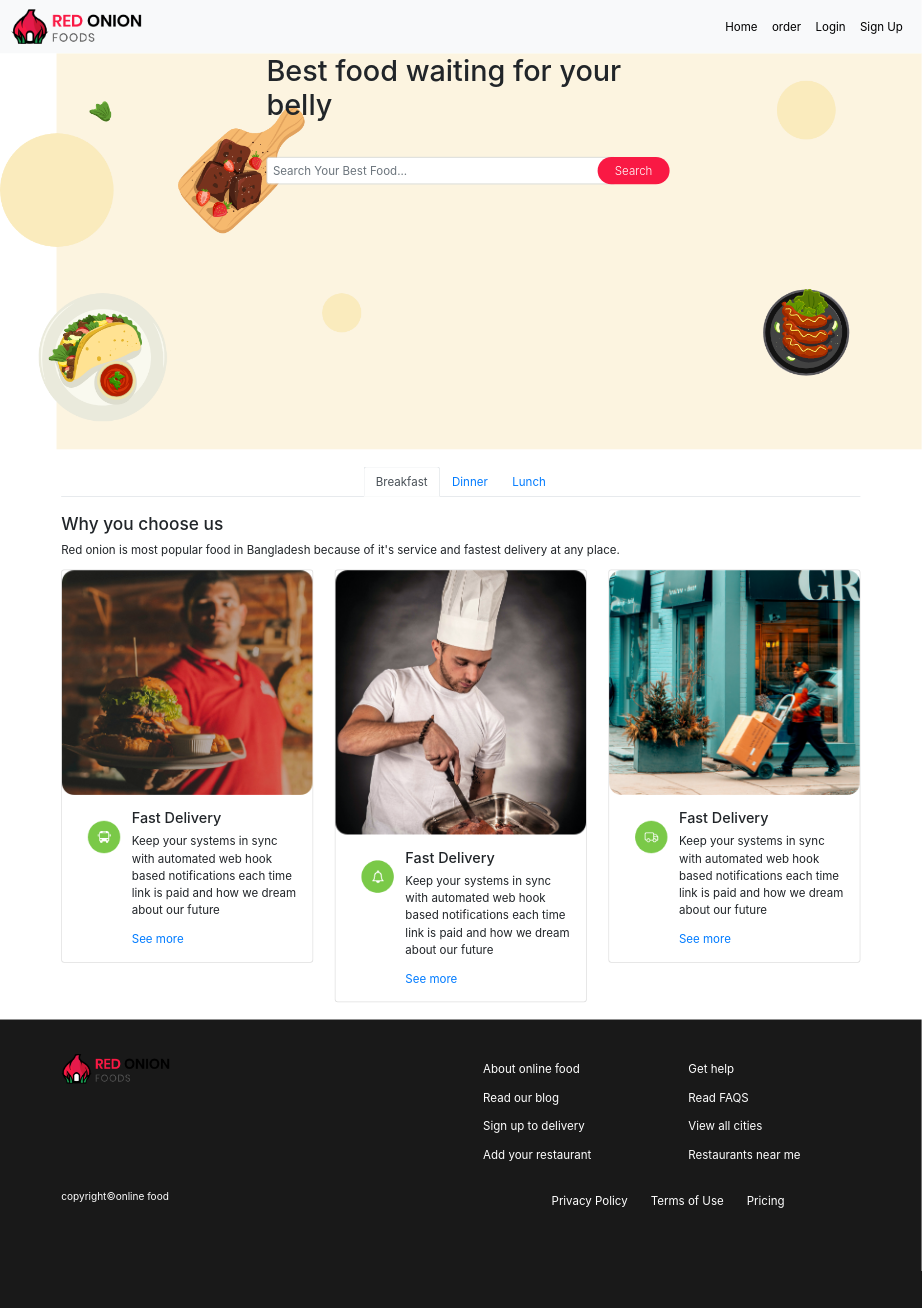
Repository: arif286/red-onion-client
Page: /
The author's editor kept a copy of each file at every save. The page is drawn from the files as they stood at one save, then again after the next save.
The browser window is 1280 px wide. The pictures show the whole page, at 72% of full size.
The page's requests for data from a server got no answer. The project was rebuilt for these pictures with package versions that can differ from the ones it lists, and the page was loaded fresh each time. Some packages were replaced by stand-ins written for this rebuild. No one was signed in, and anything a server would have sent is missing. Also part of the build but not shown: src/App.css, src/components/CheckOut/CheckOut.css, src/components/CheckOut/CheckOutForm/CheckOutFrom.js, src/components/CheckOut/CheckOut.js, src/components/FoodDetails/FoodDetail.css, src/components/FoodDetails/FoodDetail.js, src/components/Food/FoodItem.js, src/components/LogIn/firebase.config.js and 7 more. Imported but missing from the stored project, and not drawn on this page: src/components/CheckOut/Map/Map.

Above is the page before, as saved 2021-04-07 02:06:18.

### public/index.html
<!DOCTYPE html>
<html lang="en">
  <head>
    <meta charset="utf-8" />
    <link rel="icon" href="%PUBLIC_URL%/favicon.ico" />
    <meta name="viewport" content="width=device-width, initial-scale=1" />
    <meta name="theme-color" content="#000000" />
    <meta
      name="description"
      content="Web site created using create-react-app"
    />
    <link rel="apple-touch-icon" href="%PUBLIC_URL%/logo192.png" />
    <!--
      manifest.json provides metadata used when your web app is installed on a
      user's mobile device or desktop. See https://developers.google.com/web/fundamentals/web-app-manifest/
    -->
    <link rel="manifest" href="%PUBLIC_URL%/manifest.json" />

    <!-- <link
      href="https://api.tiles.mapbox.com/mapbox-gl-js/v2.1.1/mapbox-gl.css"
      rel="stylesheet"
    /> -->
    <!--
      Notice the use of %PUBLIC_URL% in the tags above.
      It will be replaced with the URL of the `public` folder during the build.
      Only files inside the `public` folder can be referenced from the HTML.

      Unlike "/favicon.ico" or "favicon.ico", "%PUBLIC_URL%/favicon.ico" will
      work correctly both with client-side routing and a non-root public URL.
      Learn how to configure a non-root public URL by running `npm run build`.
    -->
    <title>Red Onion</title>
  </head>
  <body>
    <noscript>You need to enable JavaScript to run this app.</noscript>
    <div id="root"></div>
    <!--
      This HTML file is a template.
      If you open it directly in the browser, you will see an empty page.

      You can add webfonts, meta tags, or analytics to this file.
      The build step will place the bundled scripts into the <body> tag.

      To begin the development, run `npm start` or `yarn start`.
      To create a production bundle, use `npm run build` or `yarn build`.
    -->
  </body>
</html>

### src/App.js
import "bootstrap/dist/css/bootstrap.min.css";
import React, { createContext, useState } from "react";
import { BrowserRouter as Router, Route, Switch } from "react-router-dom";
import './App.css';
import CheckOut from "./components/CheckOut/CheckOut";
import Map from "./components/CheckOut/Map/Map";
import FoodDetail from "./components/FoodDetails/FoodDetail";
import Footer from "./components/Footer/Footer";
import Header from "./components/Header/Header";
import Home from './components/Home/Home';
import Login from "./components/LogIn/Login";
import Order from "./components/Order/Order";
import SingUp from "./components/SingUp/SingUp";


export const UserContext = createContext();
function App() {
  const [loggedInUser, setLoggedInUser] = useState({});
  return (
    <UserContext.Provider value={[loggedInUser, setLoggedInUser]}>
      <Router>
        <Header />
        <Switch>
          <Route path="/home">
            <Home />
          </Route>
          <Route path="/signUp">
            <SingUp />
          </Route>
          <Route path="/login">
            <Login />
          </Route>
          <Route path="/food/details/:foodId">
            <FoodDetail />
          </Route>
          <Route path='/checkOut'>
            <CheckOut/>
          </Route>
          <Route path='/order'>
            <Order/>
          </Route>
          <Route path='/map'>
            <Map/>
          </Route>
          <Route exact path="/">
            <Home/>
          </Route>
        </Switch>
        <Footer />
      </Router>
    </UserContext.Provider>
  );

}

export default App;

### src/components/Footer/Footer.js
import React from 'react';
import { NavLink } from 'react-bootstrap';
import Logo from '../../onion-restaurent/logo2.png';
import './Footer.css';

const Footer = () => {
    return (
      <footer>
        <div className="container">
          <div className="row pt-5">
            <div className="col-md-6 col-sm-12 pb-4">
              <img className="footer-img" src={Logo} alt="" />
            </div>
            <div className="col-md-3 col-sm-12 pb-4">
              <ul className="nav flex-column">
                <li className="nav-item">
                  <NavLink
                    className="nav-link active footer-link"
                    aria-current="page"
                    to="/"
                  >
                    About online food
                  </NavLink>
                </li>
                <li className="nav-item">
                  <NavLink className="nav-link footer-link" to="/">
                    Read our blog
                  </NavLink>
                </li>
                <li className="nav-item">
                  <NavLink className="nav-link footer-link" to="/">
                    Sign up to delivery
                  </NavLink>
                </li>
                <li className="nav-item">
                  <NavLink className="nav-link footer-link" to="/">
                    Add your restaurant
                  </NavLink>
                </li>
              </ul>
            </div>
            <div className="col-md-3 col-sm-12 pb-4">
              <ul className="nav flex-column">
                <li className="nav-item">
                  <NavLink
                    className="nav-link footer-link"
                    aria-current="page"
                    to="/"
                  >
                    Get help
                  </NavLink>
                </li>
                <li className="nav-item">
                  <NavLink className="nav-link footer-link" to="/">
                    Read FAQS
                  </NavLink>
                </li>
                <li className="nav-item">
                  <NavLink className="nav-link footer-link" to="/">
                    View all cities
                  </NavLink>
                </li>
                <li className="nav-item">
                  <NavLink className="nav-link footer-link" to="/">
                    Restaurants near me
                  </NavLink>
                </li>
              </ul>
            </div>
          </div>

          <div className="row">
            <div className="col-md-7">
              <p className='copy-right'>
                <small>
                  copyright<span>&#169;</span>online food
                </small>
              </p>
            </div>
            <div className="col-md-5">
              <div className='d-flex'>
                <NavLink className="footer-link">Privacy Policy</NavLink>
                <NavLink className="footer-link">Terms of Use</NavLink>
                <NavLink className="footer-link">Pricing</NavLink>
              </div>
            </div>
          </div>
        </div>
      </footer>
    );
};

export default Footer;

### src/components/Header/Header.js
import React from 'react';
import { Nav, Navbar } from 'react-bootstrap';
import { NavLink } from 'react-router-dom';
// import { NavLink } from "react-router-dom";
import logo from '../../onion-restaurent/logo2.png';
import './Header.css';
const Header = () => {

    return (
      <div>
        <Navbar bg="light" expand="lg">
          <Navbar.Brand href="#home">
            <img
              src={logo}
              width="180"
              className="d-inline-block align-top"
              alt="React Bootstrap logo"
            />
          </Navbar.Brand>
          <Navbar.Toggle aria-controls="basic-navbar-nav" />
          <Navbar.Collapse id="basic-navbar-nav">
            <Nav className="ml-auto">
              <NavLink className="header-link" to="/home">
                Home
              </NavLink>
              <NavLink className="header-link" to="/order">
                order
              </NavLink>
              <NavLink className="header-link" to="/login">
                Login
              </NavLink>
              <NavLink className="header-link" to="/signUp">
                Sign Up
              </NavLink>
            </Nav>
          </Navbar.Collapse>
        </Navbar>
      </div>
    );
};

export default Header;

### src/components/Home/Home.js
import React from 'react';
import DeliveryFood from '../DeliveryFood/DeliveryFood';
import Food from '../Food/Food';
import SearchBar from '../SearchBar/SearchBar';

const Home = () => {
    return (
      <>
        <SearchBar/>
        <Food />
        <DeliveryFood />
      </>
    );
};

export default Home;

### src/components/SearchBar/SearchBar.js
import React from 'react';
import { Col, Container, Row } from 'react-bootstrap';
import background from '../../onion-restaurent/bannerbackground.png';
import './SearchBar.css';


const SearchBar = () => {
    const searchBg = {
        bgImage: {
            backgroundImage: `url(${background})`,
            backgroundRepeat: 'no-repeat, repeat',
            width: '100%',
            height: '550px',
            backgroundSize: 'cover'
        },
        submitBtn: {

        },
        searchBar: {
            width: '50%'
        }
    }
    return (
      <div style={searchBg.bgImage}>
        <Container>
          <Row className="d-flex justify-content-center align-items-center">
            <Col md={6}>
              <h1>Best food waiting for your belly</h1>
              <div className="d-flex mt-5">
                <input
                  className="form-control searchBar"
                  type="text"
                  placeholder="Search Your Best Food..."
                />
                <input className="search-btn" type="submit" value="Search" />
              </div>
            </Col>
          </Row>
        </Container>
      </div>
    );
};

export default SearchBar;

### src/components/Footer/Footer.css
.footer-img {
  width: 150px;
}
footer {
  background-color: #191919;
  height: 400px;
}
.footer-link {
  color: white;
}
.footer-link:hover {
  color: #878787;
}
.copy-right {
  color: white;
}

### src/components/Header/Header.css
.header-link {
  color: black;
  display: inline-block;
  padding: 10px;
}
.header-link:hover {
  text-decoration: none;
  color: #777777;
}
.cart-btn {
  border: none;
  background: none;
}

### src/components/DeliveryFood/DeliveryFood.js
import React from 'react';
import { Link } from 'react-router-dom';
import notifications from '../../onion-restaurent/ICON/Group 1133.png';
import deliveryImg from '../../onion-restaurent/ICON/Group 204.png';
import car from '../../onion-restaurent/ICON/Group 245.png';
import burger from '../../onion-restaurent/Image/burger.png';
import cart from '../../onion-restaurent/Image/cart-bear.png';
import chefCook from '../../onion-restaurent/Image/chef-cook.png';


const DeliveryFood = () => {
    return (
      <div className="container mt-4">
        <div>
          <h4>Why you choose us</h4>
          <p>
            Red onion is most popular food in Bangladesh because of it's service
            and fastest delivery at any place.
          </p>
        </div>
        <div className="row row-cols-1 row-cols-md-3 g-4">
          <div className="col pb-4">
            <div className="card">
              <img src={burger} alt="" />
              <div className="d-flex card-body">
                <div className="p-3">
                  <img src={deliveryImg} alt="" />
                </div>
                <div>
                  <h5>Fast Delivery</h5>
                  <p>
                    Keep your systems in sync with automated web hook based
                    notifications each time link is paid and how we dream about
                    our future
                  </p>
                  <Link to='/'>See more</Link>
                </div>
              </div>
            </div>
          </div>
          <div className="col pb-4">
            <div className="card">
              <img src={chefCook} alt="" />
              <div className="d-flex card-body">
                <div className="p-3">
                  <img src={notifications} alt="" />
                </div>
                <div>
                  <h5>Fast Delivery</h5>
                  <p>
                    Keep your systems in sync with automated web hook based
                    notifications each time link is paid and how we dream about
                    our future
                  </p>
                  <Link>See more</Link>
                </div>
              </div>
            </div>
          </div>
          <div className='col pb-4'>
            <div className="card">
              <img src={cart} alt="" />
              <div className="d-flex card-body">
                <div className="p-3">
                  <img src={car} alt="" />
                </div>
                <div>
                  <h5>Fast Delivery</h5>
                  <p>
                    Keep your systems in sync with automated web hook based
                    notifications each time link is paid and how we dream about
                    our future
                  </p>
                  <Link>See more</Link>
                </div>
              </div>
            </div>
          </div>
        </div>
      </div>
    );
};

export default DeliveryFood;

### src/components/Food/Food.js

import axios from "axios";
import React, { useEffect, useState } from "react";
import { Tab, Tabs } from "react-bootstrap";
import { useHistory } from "react-router";
import "./Food.css";
import FoodItem from "./FoodItem";

const Food = () => {
  const [foods, setFoods] = useState([]);
  useEffect(() => {
    axios.get('http://localhost:5000/foods')
      .then(res => setFoods(res.data))
    .catch(err=>console.log(err))
  }, []);
  let history = useHistory()

  const handleFood = (id) => {
    history.push(`/food/details/${id}`)
  }

  return (
    <>
      <div className="container mt-4">
        <Tabs
          className="justify-content-center food-items"
          defaultActiveKey="breakfast"
          id="uncontrolled-tab-example"
        >
          <Tab eventKey="breakfast" title="Breakfast">
            <div className="row row-cols-1 row-cols-md-3 g-4">
              {foods.slice(0, 6).map((food) => (
                <FoodItem
                  handleFood={() => {
                    handleFood(food._id);
                  }}
                  food={food}
                  key={food.id}
                ></FoodItem>
              ))}
            </div>
          </Tab>
          <Tab eventKey="dinner" title="Dinner">
            <div className="row row-cols-1 row-cols-md-3 g-4">
              {foods.slice(6, 12).map((food) => (
                <FoodItem
                  handleFood={() => {
                    handleFood(food._id);
                  }}
                  food={food}
                  key={food.id}
                ></FoodItem>
              ))}
            </div>
          </Tab>
          <Tab eventKey="lunch" title="Lunch">
            <div className="row row-cols-1 row-cols-md-3 g-4">
              {foods.slice(12, 18).map((food) => (
                <FoodItem
                  handleFood={() => {
                    handleFood(food._id);
                  }}
                  food={food}
                  key={food.id}
                ></FoodItem>
              ))}
            </div>
          </Tab>
        </Tabs>
      </div>
    </>
  );
};

export default Food;

### src/components/SearchBar/SearchBar.css
.search-btn {
  outline: none;
  background-color: #f91944;
  display: inline-block;
  width: 100px;
  padding: 7px;
  border-radius: 50px;
  color: white;
  border: none;
  font-weight: 300;
  position: absolute;
  margin-left: 460px;
}
.searchBar {
  position: relative;
  width: 90%;
  padding: 8px;
}

### src/components/Food/Food.css
.food-items {
  margin-bottom: none;
}

Loaded but not shown: src/index.js (common file); src/index.css (common file); src/reportWebVitals.js (common file)

After the next save:
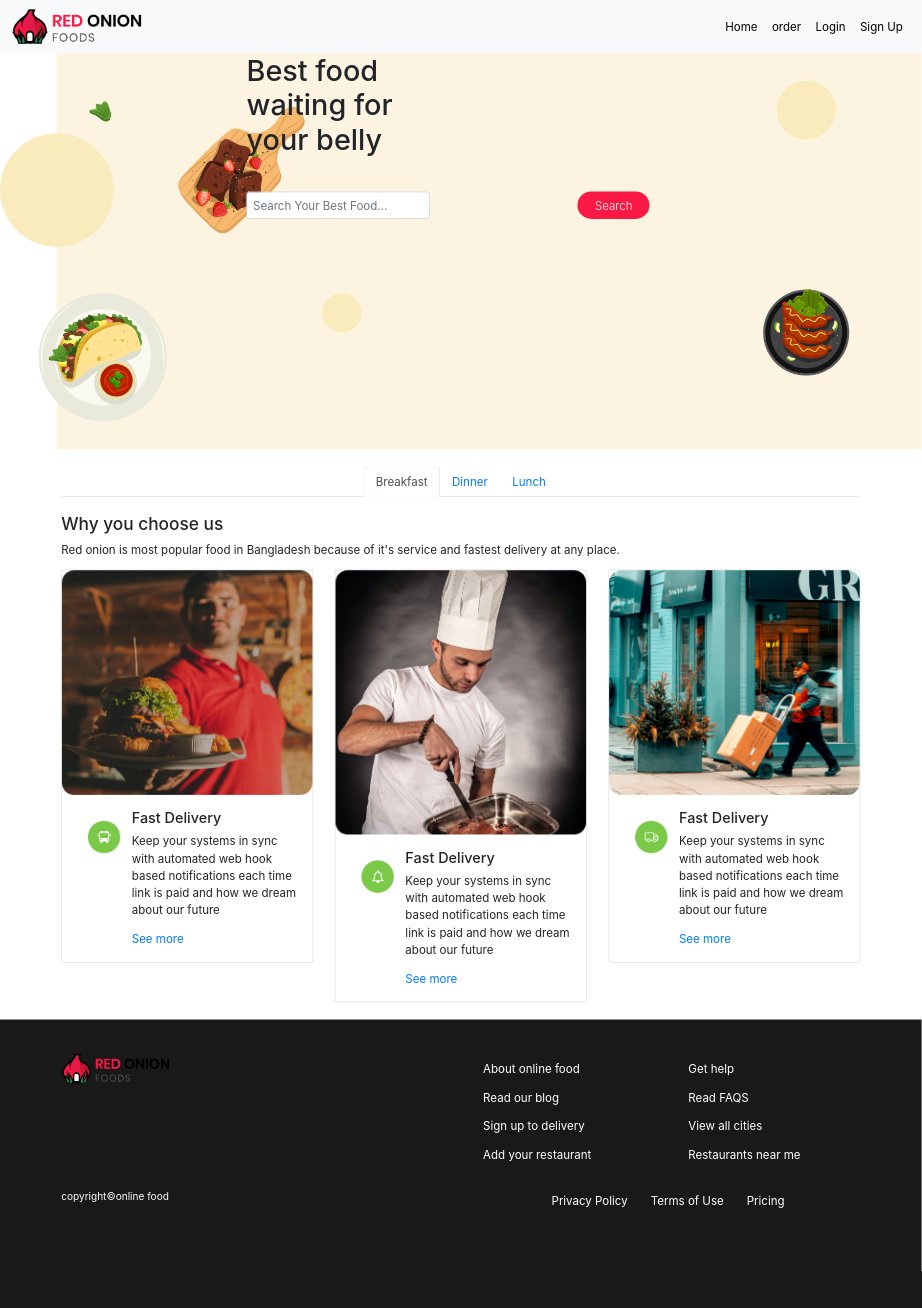
Saved 29 s later.
--- a/src/components/SearchBar/SearchBar.js
+++ b/src/components/SearchBar/SearchBar.js
@@ -22,8 +22,8 @@ const SearchBar = () => {
     }
     return (
       <div style={searchBg.bgImage}>
-        <Container>
-          <Row className="d-flex justify-content-center align-items-center">
+        <Container className="d-flex justify-content-center align-items-center">
+          <Row>
             <Col md={6}>
               <h1>Best food waiting for your belly</h1>
               <div className="d-flex mt-5">
